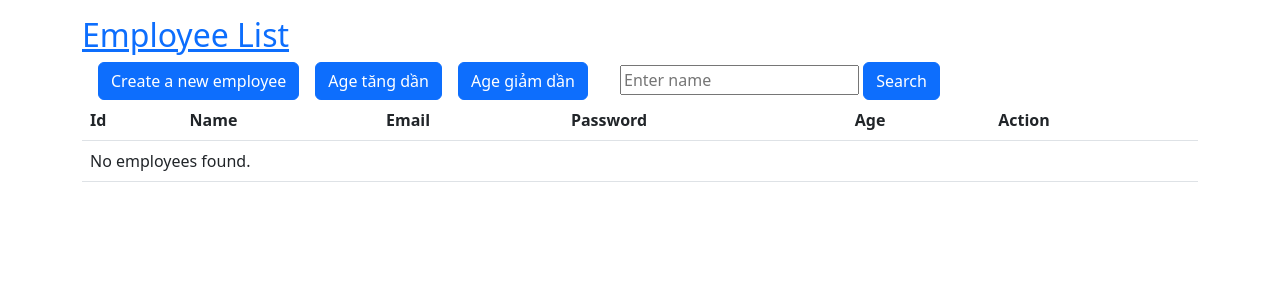
Repository: HoangLinh2001/PHP
Page: http://localhost/age_desc.php
An editor plug-in stored every save of this project. The page is shown before and after the next save, followed by the edit.
The browser window is 1280 px wide. The pictures show the whole page.
The page is run by PHP 8.4 with error messages shown; the project is at /var/www/html/. Queries for data that is not in the repository find no rows.

Above is the page before, as saved 2023-06-21 15:34:29.

After the next save:
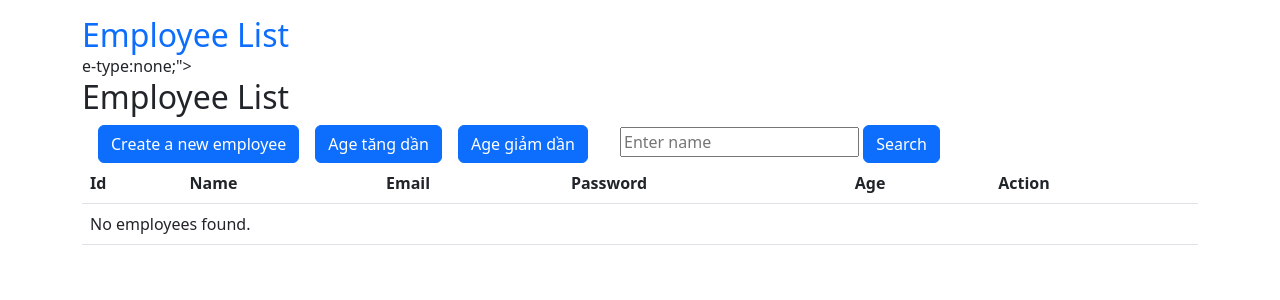
Saved 82 s later.
--- a/DEMOPHPBUOI2/age_desc.php
+++ b/DEMOPHPBUOI2/age_desc.php
@@ -28,7 +28,9 @@
     $result = $con->query($sql);
     ?>
     <div class="container mt-3">
-    <a href="list_employee.php" style="list-style-type:none;"><h2>Employee List</h2></a>
+    <a href="list_employee.php" style="text-decoration: none;">
+        <h2 style="margin: 0;">Employee List</h2>
+    </a>e-type:none;"><h2>Employee List</h2></a>
         <div class="create-filter-employee">
             <a class="btn btn-primary" href="create_employee.php">Create a new employee</a>
             <a class="btn btn-primary" href="age_asc.php">Age tăng dần</a>
